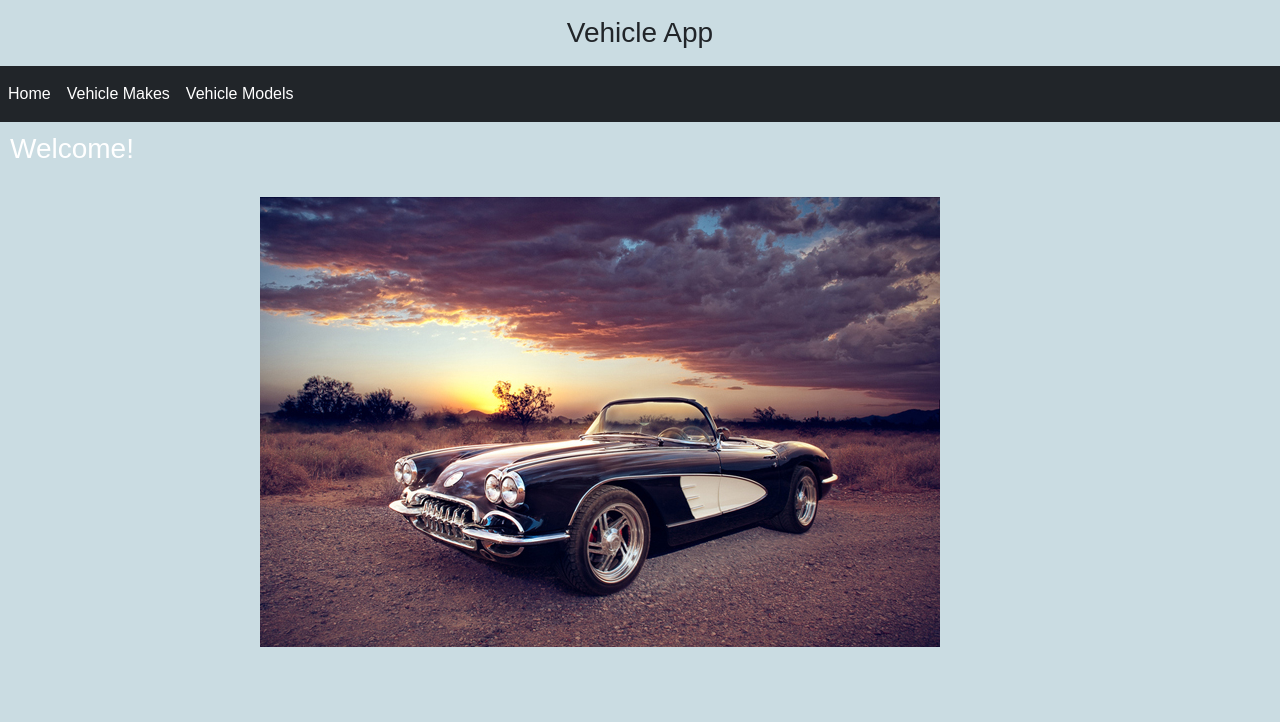
Repository: magdalenarajic/VehicleFrontend
Page: /
These files come from the project's save history. The page is drawn as it stood at one moment and after the next save; the edit follows.
The browser window is 1280 px wide. The pictures show the whole page.
The project was rebuilt for these pictures with package versions that can differ from the ones it lists, and the page was loaded fresh each time. Also part of the build but not shown: src/services/makeService.js, src/stores/makeStore.js, src/components/VehicleMake.js, src/services/modelService.js, src/stores/modelStore.js, src/components/VehicleModel.js.

Above is the page before, as saved 2023-03-10 12:13:18.

### public/index.html
<!DOCTYPE html>
<html lang="en">
  <head>
    <meta charset="utf-8" />
    <link rel="icon" href="%PUBLIC_URL%/favicon.ico" />
    <meta name="viewport" content="width=device-width, initial-scale=1" />
    <meta name="theme-color" content="#000000" />
    <meta
      name="description"
      content="Web site created using create-react-app"
    />
    <link rel="apple-touch-icon" href="%PUBLIC_URL%/logo192.png" />
    <!--
      manifest.json provides metadata used when your web app is installed on a
      user's mobile device or desktop. See https://developers.google.com/web/fundamentals/web-app-manifest/
    -->
    <link rel="manifest" href="%PUBLIC_URL%/manifest.json" />
    <!--
      Notice the use of %PUBLIC_URL% in the tags above.
      It will be replaced with the URL of the `public` folder during the build.
      Only files inside the `public` folder can be referenced from the HTML.

      Unlike "/favicon.ico" or "favicon.ico", "%PUBLIC_URL%/favicon.ico" will
      work correctly both with client-side routing and a non-root public URL.
      Learn how to configure a non-root public URL by running `npm run build`.
    -->
    <link
  rel="stylesheet"
  href="https://cdn.jsdelivr.net/npm/bootstrap@5.2.3/dist/css/bootstrap.min.css"
  integrity="sha384-rbsA2VBKQhggwzxH7pPCaAqO46MgnOM80zW1RWuH61DGLwZJEdK2Kadq2F9CUG65"
  crossorigin="anonymous"
/>
    <title>React App</title>
  </head>
  <body>
    <noscript>You need to enable JavaScript to run this app.</noscript>
    <div id="root"></div>
    <!--
      This HTML file is a template.
      If you open it directly in the browser, you will see an empty page.

      You can add webfonts, meta tags, or analytics to this file.
      The build step will place the bundled scripts into the <body> tag.

      To begin the development, run `npm start` or `yarn start`.
      To create a production bundle, use `npm run build` or `yarn build`.
    -->
  </body>
</html>

### src/index.css
body {
  background-color: rgb(202, 220, 226);
  font-family: -apple-system, BlinkMacSystemFont, 'Segoe UI', 'Roboto', 'Oxygen',
    'Ubuntu', 'Cantarell', 'Fira Sans', 'Droid Sans', 'Helvetica Neue',
    sans-serif;
}

code {
  font-family: source-code-pro, Menlo, Monaco, Consolas, 'Courier New',
    monospace;
}

### src/App.js
import './App.css';
import { Home } from './components/Home';
import VehicleMake  from './components/VehicleMake';
import {Navigation} from './components/Navigation';
import VehicleModel from './components/VehicleModel';

import {BrowserRouter, Route, Routes} from 'react-router-dom';

function App() {
  return (
    <BrowserRouter>
    <div >
    <header>
      <h3 className="m-3 d-flex justify-content-center">
        Vehicle App
      </h3>
      </header>
      <div>
      <Navigation/>
       <Routes>
        <Route path='/' element={<Home/>} />
        <Route path='/Makes' element={<VehicleMake/>} />
        <Route path='/Models' element={<VehicleModel/>} />
       </Routes>
    </div>
    </div>
    </BrowserRouter>
  );
}

export default App;

### src/App.css
.App {
  text-align: center;
}
body {
  font-family: Arial;
}

### src/components/Home.js
import React, {Component} from 'react';
import image from '../img/photo4.jpg';
import { Container } from 'react-bootstrap';

export class Home extends Component{

    render(){
      const mystyle = {
        color: "white",
        padding: "10px",
        fontFamily: "Arial"
      };
          return(
            <div style={{ backgroundImage:`url(${image})` ,
             backgroundRepeat:"no-repeat",
             backgroundPosition: "center",
            height:600,width:1200}}>
                <h3 style={mystyle}>
        Welcome!
      </h3>
            </div>
          )
    }
}

### src/components/Navigation.js
import React, { Component } from "react";
import { Navbar, Nav } from "react-bootstrap";

export class Navigation extends Component {
  render() {
    return (
      <Navbar bg="dark" variant="dark">
        <Nav variant="pills" >
          <Nav.Link className="d-inline p-2 text-white " href="/">
            Home
          </Nav.Link>
          <Nav.Link className="d-inline p-2 text-white" href="/makes">
            Vehicle Makes
          </Nav.Link>
          <Nav.Link className="d-inline p-2 text-white" href="/models">
            Vehicle Models
          </Nav.Link>
        </Nav>
      </Navbar>
    );
  }
}

Loaded but not shown: src/index.js (common file); src/reportWebVitals.js (common file)

After the next save:
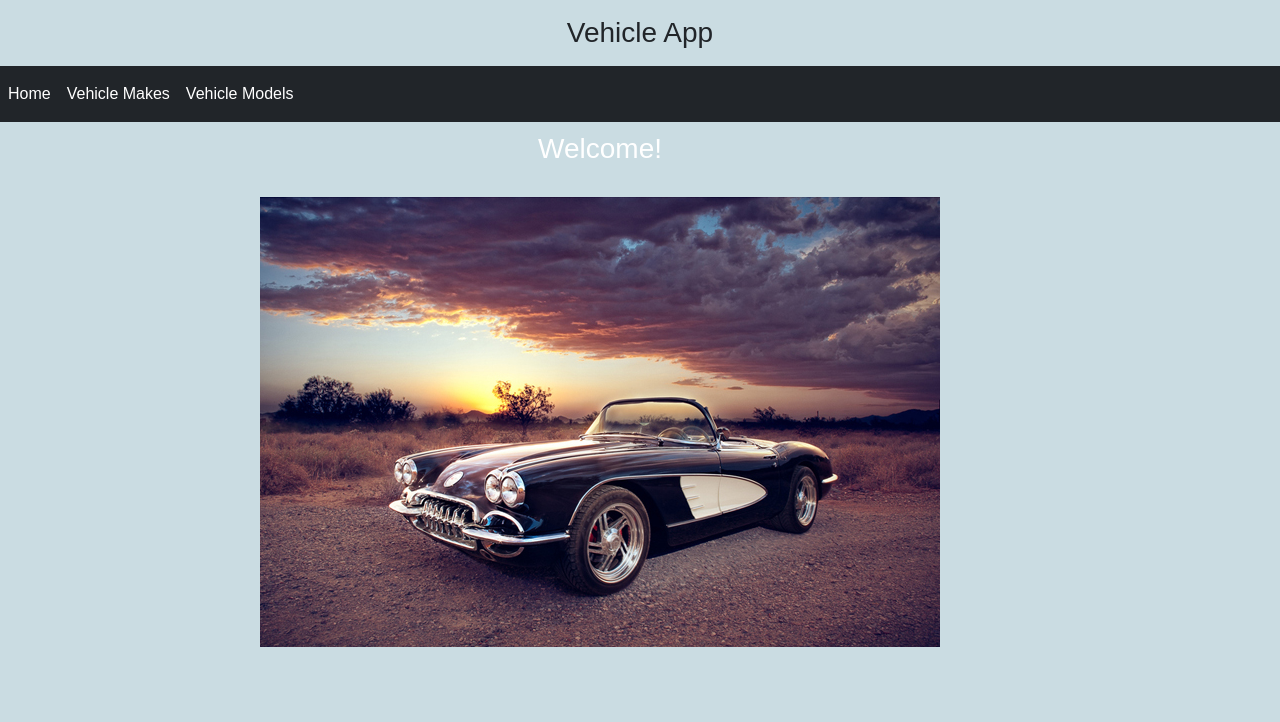
Saved 69 s later.
--- a/src/components/Home.js
+++ b/src/components/Home.js
@@ -8,7 +8,8 @@ export class Home extends Component{
       const mystyle = {
         color: "white",
         padding: "10px",
-        fontFamily: "Arial"
+        fontFamily: "Arial",
+        textAlign: "center"
       };
           return(
             <div style={{ backgroundImage:`url(${image})` ,
